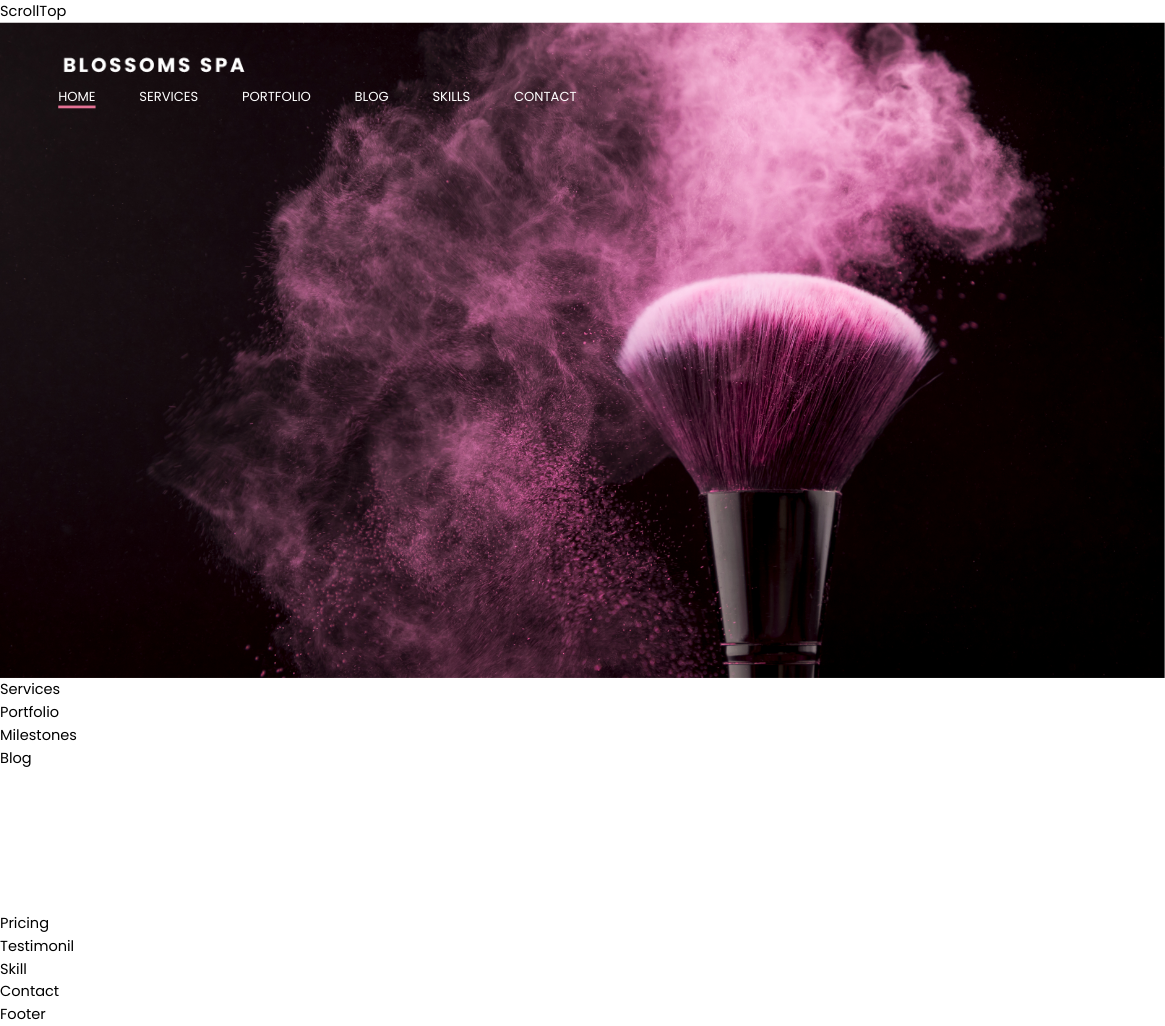
Repository: OmniaRafat232111121/animateSalon
Page: /
The author's editor kept a copy of each file at every save. The page is drawn from the files as they stood at one save, then again after a run of saves.
The browser window is 1280 px wide. The pictures show the whole page, at 91% of full size.
The project was rebuilt for these pictures with package versions that can differ from the ones it lists, and the page was loaded fresh each time.

Above is the page before, as saved 2022-07-26 00:46:52.

After the next 6 saves:
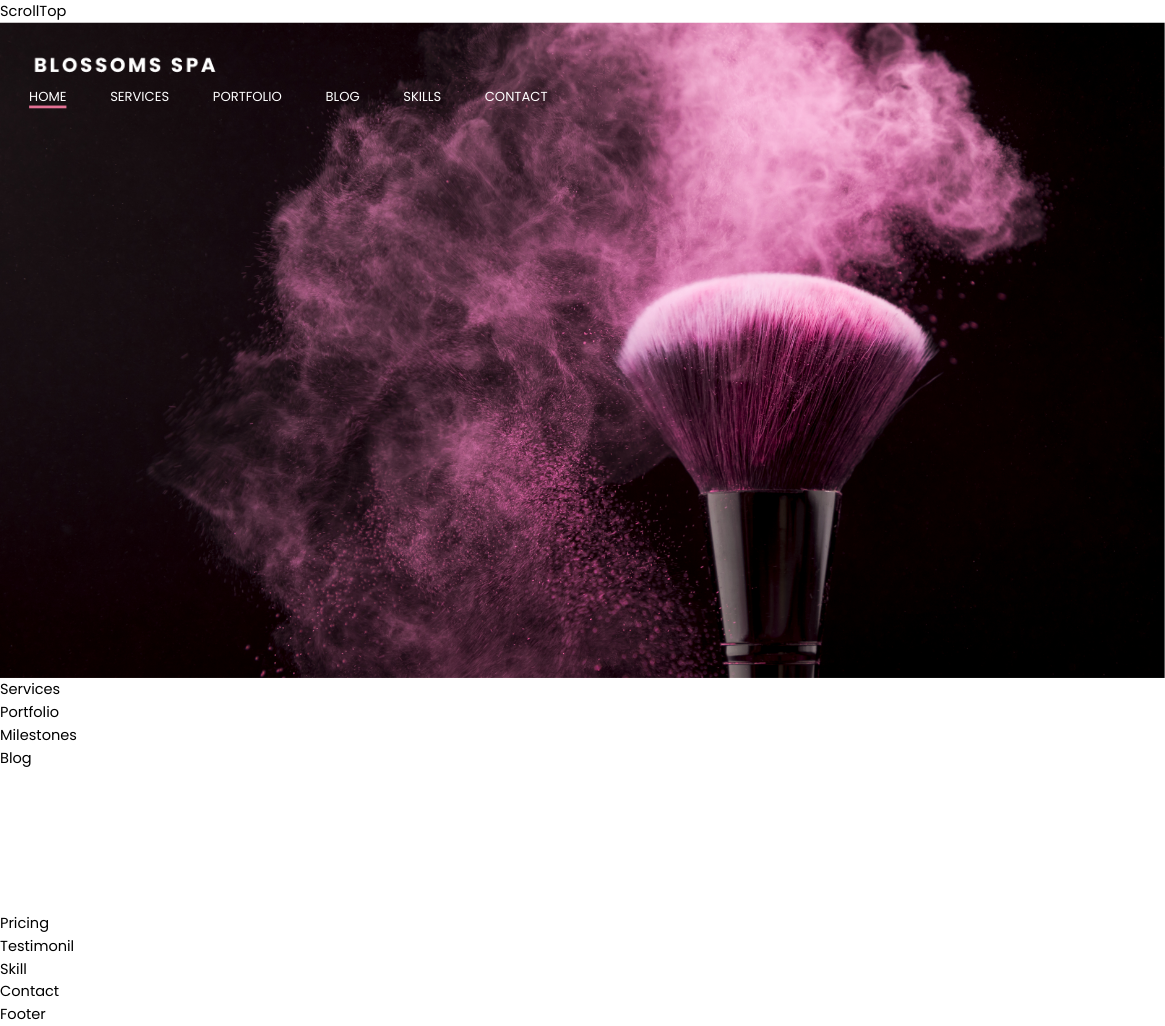
The 6 saves are shown as one change because they came seconds apart.
The last was saved 26 s later.
--- a/src/components/Navbar.jsx
+++ b/src/components/Navbar.jsx
@@ -42,6 +42,7 @@ const {isNavOpen,setIsNavOpen}=useState(false);
 const Nav=styled.nav`
  display: flex;
   justify-content: space-between;
+  alignItems: 'center',
   margin: 0 2rem;
   color: #fff;
   padding-top: 2rem;
